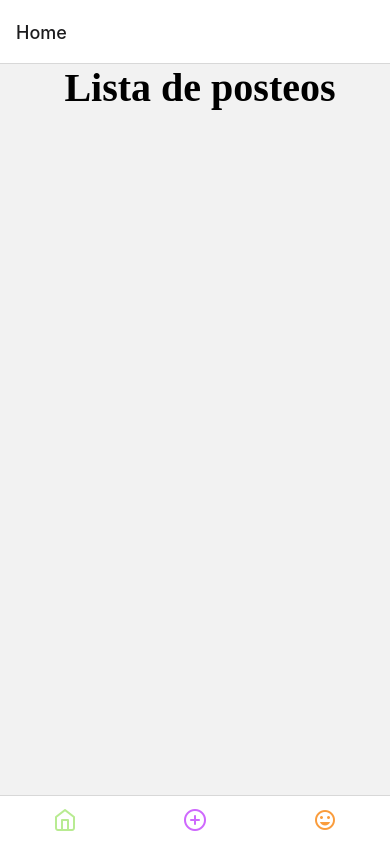
Repository: larafernandezo/finalprog3
Screen: /Menu
These files come from the project's save history. The screen is drawn as it stood at one moment and after the next save; the edit follows.
The page's requests for data from a server got no answer. The app was drawn by React Native's web renderer in a window 390 px wide. The project was rebuilt for these pictures with package versions that can differ from the ones it lists, and the page was loaded fresh each time. No one was signed in, and anything a server would have sent is missing. Also part of the build but not shown: src/components/Camera.js, src/screens/Registro.js, src/components/Post.js, src/screens/MiPerfil.js, src/screens/NuevoPost.js, src/screens/Perfil.js.

Above is the screen before, as saved 2022-11-22 12:00:45.

### App.js
import { StyleSheet, View } from 'react-native';
import { NavigationContainer } from '@react-navigation/native';
import { createNativeStackNavigator } from '@react-navigation/native-stack';
import Registro from './src/screens/Registro';
import Login from './src/screens/Login';
import Home from './src/screens/Home';
import Menu from './src/components/Menu';
import Perfil from './src/screens/Perfil';


const Stack = createNativeStackNavigator();


function App() {
  return (
    <NavigationContainer>
      <Stack.Navigator>
        <Stack.Screen name='Login' component={Login} options= {{ headerShown : false}}/>
        <Stack.Screen name='Registro' component={Registro} options= {{ headerShown : false}}/>
        <Stack.Screen name='Home' component={Home} options= {{ headerShown : false}}/>
        <Stack.Screen name='Menu' component={Menu} options= {{ headerShown : false}}/>
      </Stack.Navigator>
    </NavigationContainer>
  );
};

export default App;

### src/screens/Login.js
import React, {Component} from 'react';
import {auth} from '../firebase/config';
import {View, Text, StyleSheet, TextInput, TouchableOpacity, Image} from 'react-native';

class Login extends Component {
    constructor(){
        super()
        this.state = {
            email: "",
            contraseña: "",
            error: ""
        }
    }

    componentDidMount(){
        auth.onAuthStateChanged(usuario => {
            if (usuario){
                this.props.navigation.navigate ("Menu")
            }
        })
    }

    iniciarUsuario(email, contraseña){
        auth.signInWithEmailAndPassword(email, contraseña)
            .then( res => {
                this.props.navigation.navigate("Menu")
            })
            .catch(error =>
                this.setState({
                error: error.message
            })
            )
    }

    render(){
        return(
            <View style={styles.fondo}>

            <Text style={styles.error}>{this.state.error}</Text>


                <Text style={styles.titulo}>Iniciar Sesión</Text>

                <View style={styles.caja}>
                <Text style={styles.error}>{this.state.error}</Text>
                    <TextInput
                        placeholder= 'Cuenta de Email'
                        keyboardType= 'email-address'
                        onChangeText={ texto => this.setState({email : texto})}
                        value = {this.state.email}
                        style={styles.fillin}
                    />
                    <TextInput
                        placeholder= 'Contraseña'
                        keyboardType= 'default'
                        secureTextEntry = {true}
                        onChangeText={ texto => this.setState({contraseña : texto})}
                        value = {this.state.contraseña}
                        style={styles.fillin}
                    />


{
                this.state.email =="" || this.state.contraseña =="" ?
                    <TouchableOpacity>
                        <Text style={styles.alerta}>Ingresar</Text>
                    </TouchableOpacity>
                :
                    <TouchableOpacity onPress={ () => this.iniciarUsuario (this.state.email, this.state.contraseña)} >
                        <Text style={styles.cont}>Ingresar</Text>
                    </TouchableOpacity>

}

                    <Text onPress={ () => this.props.navigation.navigate ('Registro')} style={styles.switch}>¿No tenés cuenta? Registrate haciendo click aquí</Text>
                </View>
            </View>
        )
    }
}

const styles = StyleSheet.create({
    fondo: {
        alignItems: 'center',
        backgroundColor: 'rgb(234, 242, 248)',
    },
    titulo: {
        color: 'rgb(52, 152, 219)',
        fontFamily: 'avenir',
        fontSize: 26,
        margin: 60,
    },
    caja:{
        backgroundColor: 'rgb(215, 219, 221)',
        borderRadius: 6,
        padding: 20,

    },
    fillin: {
        backgroundColor: 'rgb(253, 254, 254)',
        color: 'rgb(179, 182, 183)',
        fontFamily: 'avenir',
        fontSize: 13,
        margin: 10,
        borderRadius: 6,
        textAlign: 'center',
        padding: 5,
        textAlign: 'left',
    },
    cont: {
        fontFamily: 'avenir',
        fontSize: 14,
        margin: 10,
        backgroundColor: 'rgb(234,252,255)',
        borderRadius: 10,
        textAlign: 'center',
        padding: 5,
    },
    alerta: {
        fontFamily: 'avenir',
        fontSize: 14,
        margin: 10,
        backgroundColor: 'rgb(52, 152, 219)',
        borderRadius: 10,
        textAlign: 'center',
        padding: 5,
        color: 'rgb(234,252,255)',
    },
    switch: {
        fontFamily: 'avenir',
        fontSize: 10,
        margin: 4,
        textAlign: 'center',
        color:'rgb(77, 86, 86)',
    },
    error: {
        fontFamily: 'avenir',
        fontSize: 19,
        margin: 20,
        color: 'rgb(203, 67, 53)'
    },
})



export default Login;

### src/screens/Home.js
import React, { Component } from 'react';
import { View, Text, FlatList,  StyleSheet, TextInput} from 'react-native';
import Post from '../components/Post';
import { db } from '../firebase/config'


class Posts extends Component {

    constructor(props) {
        super(props)
        this.state = {
            posteos: [],
        }
    }

    componentDidMount() {
        db.collection('posts').onSnapshot(
            docs => {
                let posts = [];
                docs.forEach(doc => {
                    posts.push({
                        id: doc.id,
                        data: doc.data()
                    })
                })
                this.setState({
                    posteos: posts,
                })
            })
    }

    render() {
        return (
          //prueba1 descomento para ver si funca
            <View style={styles.view}>
            <Text style={styles.title}> Lista de posteos</Text>
            <FlatList
                    data={this.state.posteos}
                    keyExtractor={ item => item.id.toString()}
                    renderItem={ ({item}) => <Post postData={item} navigation={this.props.navigation} id={item.id}/>}
            />
            </View>
        )
    }
}
const styles = StyleSheet.create({

   title:{
        fontSize: 40,
        fontWeight:'bold',
        textAlign:'center',
        fontFamily: 'raleway heavy',
        color: '#red'

    },
    view:{
        flex:1
    }
})

export default Posts;

### src/components/Menu.js
import { createBottomTabNavigator} from '@react-navigation/bottom-tabs';
import MiPerfil from '../screens/MiPerfil';
import NuevoPost from "../screens/NuevoPost"
import Home from '../screens/Home';
import { AntDesign, Ionicons } from '@expo/vector-icons';
import React, { Component } from 'react';
import { MaterialIcons } from '@expo/vector-icons';
import { Feather } from '@expo/vector-icons';

const Tab = createBottomTabNavigator();

function Menu () {
    return(
        <Tab.Navigator screenOptions = {{ tabBarShowLabel: false}}>
                <Tab.Screen name = "Home" component={ Home } options ={ { tabBarIcon: () => <Feather name="home" size={24} color="#b8eb91" /> } }  />
            <Tab.Screen name = "Postear" component={ NuevoPost }  options ={{ tabBarIcon: () => <Feather name="plus-circle" size={24} color="#ce68fd" /> }}/>
            <Tab.Screen name = "Perfil" component={ MiPerfil } options={{ tabBarIcon: () => <MaterialIcons name="tag-faces" size={24} color="#fa9c3c" /> }}/>
        </Tab.Navigator>
    );
};

export default Menu;

### src/firebase/config.js
import app from 'firebase/app';
import firebase from 'firebase';

const firebaseConfig = {
    apiKey: "AIzaSyDPgkPZuV5RhBSI7u_oFMlRH3es895rxlU",
    authDomain: "finalprog3-bb705.firebaseapp.com",
    projectId: "finalprog3-bb705",
    storageBucket: "finalprog3-bb705.appspot.com",
    messagingSenderId: "894733539643",
    appId: "1:894733539643:web:6ef31fb78c2644aa783f1e"
  };

app.initializeApp(firebaseConfig);

export const auth = firebase.auth();
export const storage = app.storage();
export const db = app.firestore();

After the next save:
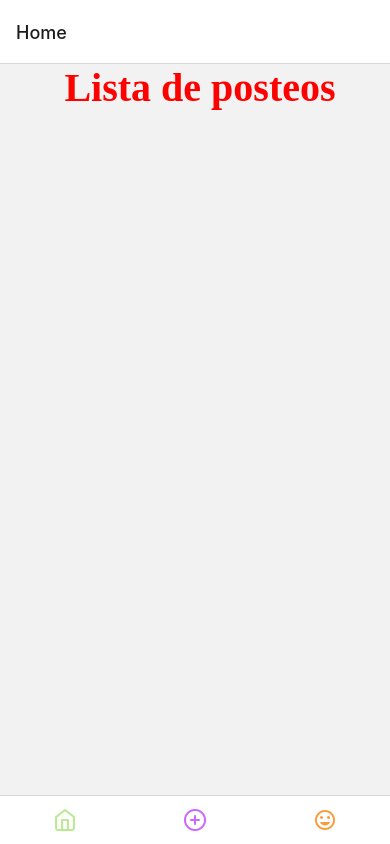
Saved 8 s later.
--- a/src/screens/Home.js
+++ b/src/screens/Home.js
@@ -50,7 +50,7 @@ const styles = StyleSheet.create({
         fontWeight:'bold',
         textAlign:'center',
         fontFamily: 'raleway heavy',
-        color: '#red'
+        color: 'red'
 
     },
     view:{
